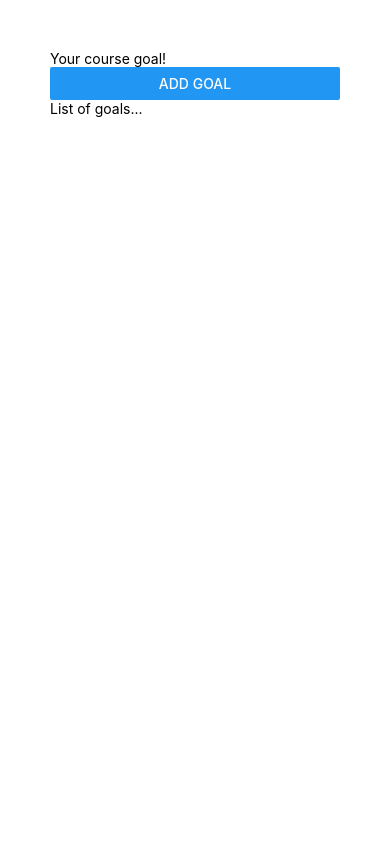
Repository: akinolapo/ToDoApp
Screen: /
The author's editor kept a copy of each file at every save. The screen is drawn from the files as they stood at one save, then again after a run of saves.
The app was drawn by React Native's web renderer in a window 390 px wide. The project was rebuilt for these pictures with package versions that can differ from the ones it lists, and the page was loaded fresh each time.

Above is the screen before, as saved 2022-09-15 13:10:58.

After the next 6 saves:
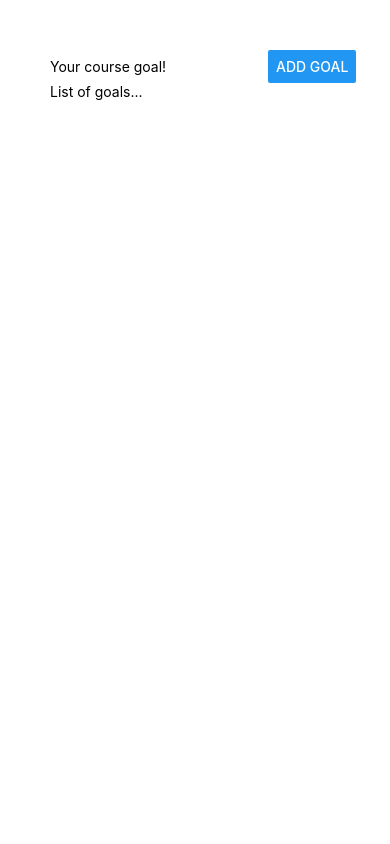
The 6 saves are shown as one change because 1 did not build or start and some came seconds apart.
The last was saved 26 s later.
--- a/App.js
+++ b/App.js
@@ -3,7 +3,7 @@ import { StyleSheet, Text, View, Button, TextInput } from 'react-native';
 export default function App() {
   return (
     <View style={styles.appContainer}>
-      <View>
+      <View style={styles.inputContainer}>
         <TextInput placeholder='Your course goal!'/>
         <Button title='Add Goal'/>
       </View>
